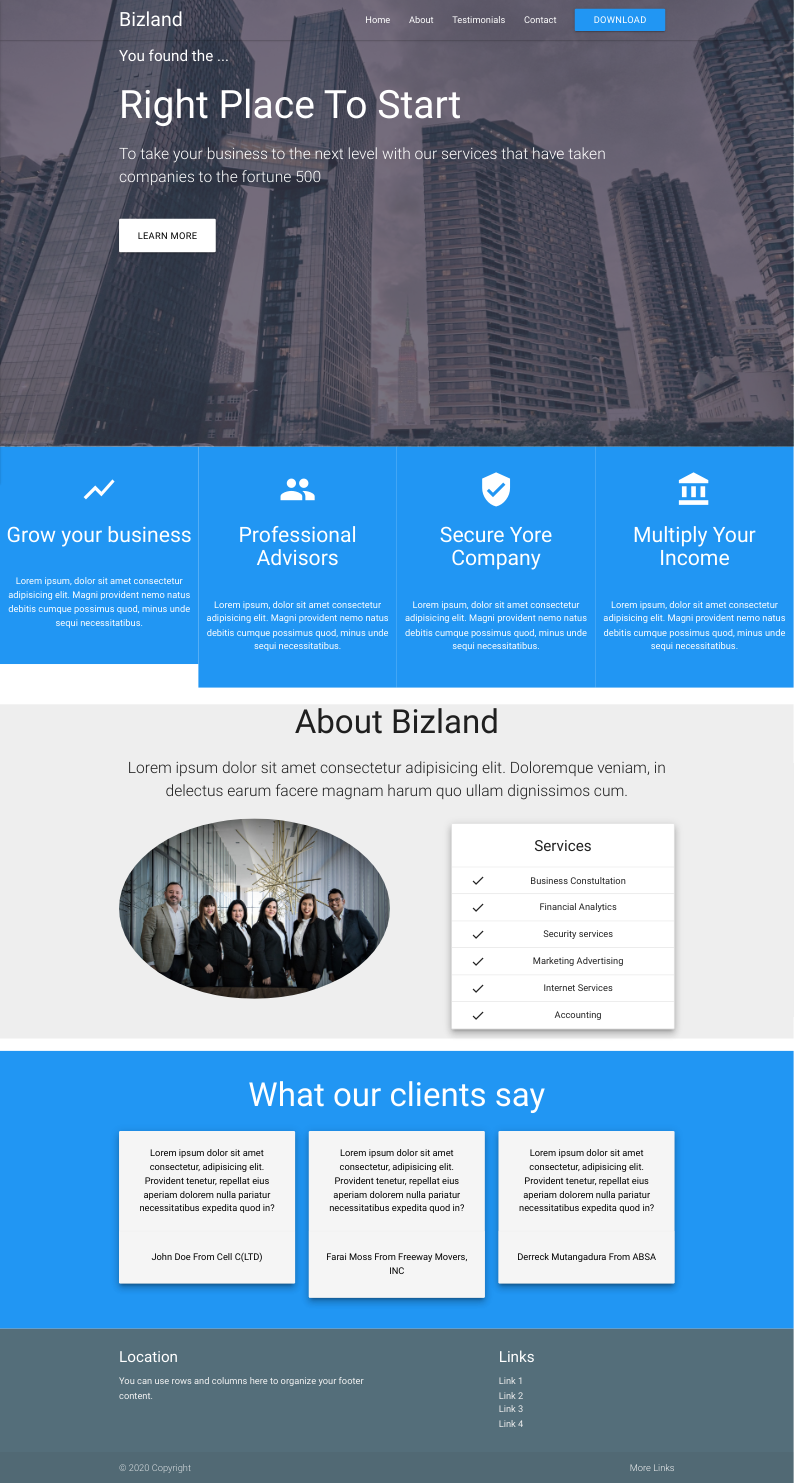
Repository: farrdy/bizland
Page: index.html
These files come from the project's save history. The page is drawn as it stood at one moment and after the next save; the edit follows.
The browser window is 1280 px wide. The pictures show the whole page, at 62% of full size.
Some web libraries are served in a nearby version.

Above is the page before, as saved 2020-01-05 14:33:24.

After the next save:
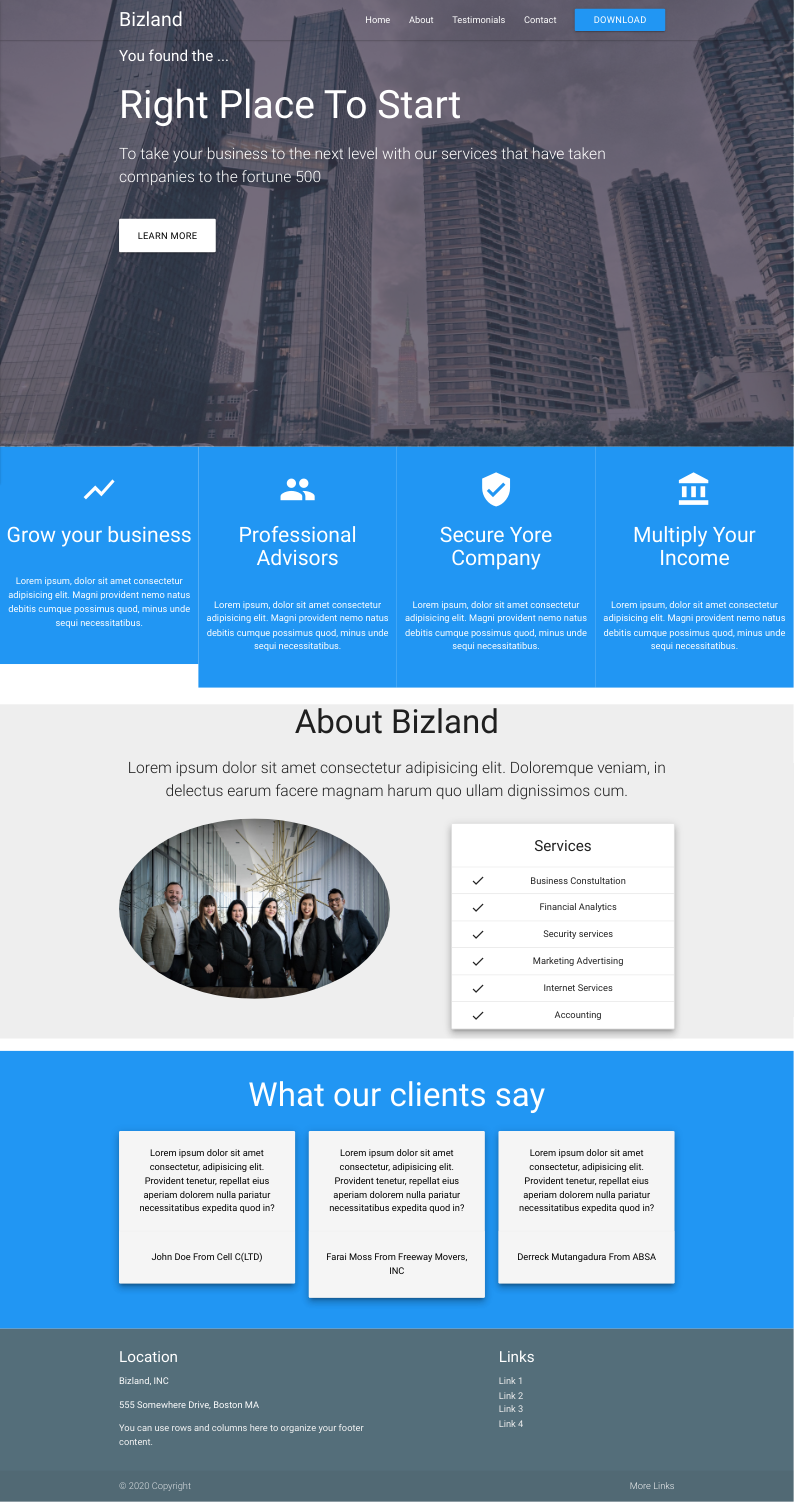
Saved 2 min 25 s later.
--- a/index.html
+++ b/index.html
@@ -239,6 +239,8 @@
         <div class="row">
           <div class="col l6 s12">
             <h5 class="white-text">Location</h5>
+            <p>Bizland, INC</p>
+            <p>555 Somewhere Drive, Boston MA</p>
             <p class="grey-text text-lighten-4">
               You can use rows and columns here to organize your footer content.
             </p>
